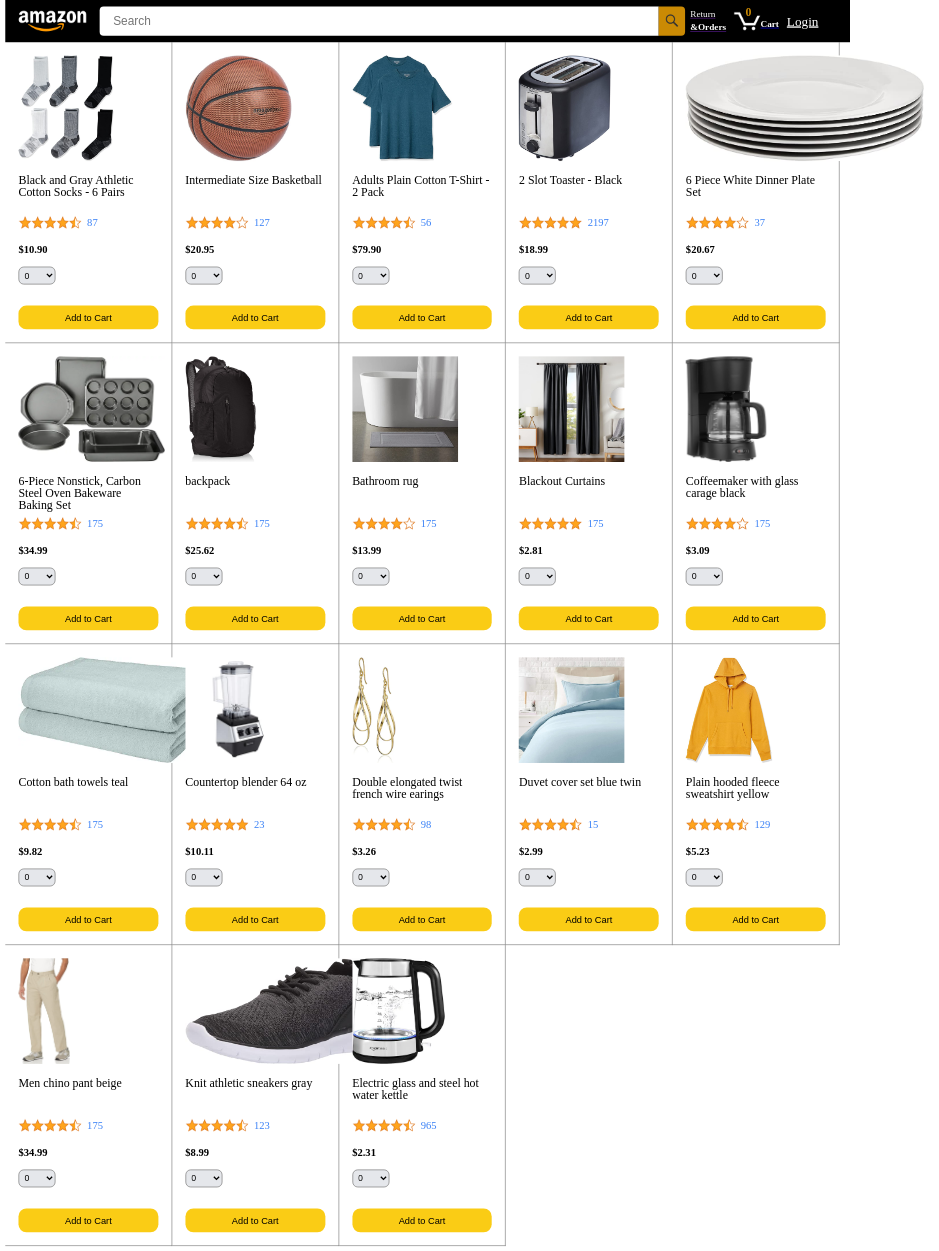
Repository: IssaMuiz/AmazonClone
Page: /
An editor plug-in stored every save of this project. The page is shown before and after the next save, followed by the edit.
The browser window is 1280 px wide. The page is 1400 px wide, then 1423 px, then 1400 px, so the pictures cover 1423 px, including what lies to the right of the window. The pictures show the whole page, at 66% of full size.
The project was rebuilt for these pictures with package versions that can differ from the ones it lists, and the page was loaded fresh each time. Also part of the build but not shown: vite.config.js, src/pages/Cart.jsx, src/pages/Checkout.jsx, src/pages/Login.jsx.

Above is the page before, as saved 2024-08-08 04:55:34.

### index.html
<!doctype html>
<html lang="en">
  <head>
    <meta charset="UTF-8" />
    <link rel="icon" type="image/svg+xml" href="/vite.svg" />
    <meta name="viewport" content="width=device-width, initial-scale=1.0" />
    <title>Amazon Clone</title>
  </head>
  <body>
    <div id="root"></div>
    <script type="module" src="/src/main.jsx"></script>
  </body>
</html>

### src/main.jsx
import ReactDOM from "react-dom/client";
import App from "./App.jsx";
import "./index.css";
import { Provider } from "react-redux";
import { store } from "./Components/state/store.js";
import { getTotal } from "./Components/state/cartSlice.js";

store.dispatch(getTotal());
ReactDOM.createRoot(document.getElementById("root")).render(
  <Provider store={store}>
    <App />
  </Provider>
);

### src/App.jsx
import ProductComponent from "./Components/ProductComponent";
import Checkout from "./pages/Checkout";
import { BrowserRouter as Router, Routes, Route } from "react-router-dom";
import Login from "./pages/Login";

function App() {
  return (
    <Router>
      <Routes>
        <Route path="/" element={<ProductComponent />} />
        <Route path="/Checkout" element={<Checkout />} />
        <Route path="/Login" element={<Login />} />
        <Route
          path="*"
          element={<h1 className="text-center mt-20">PAGE NOT FOUND!</h1>}
        />
      </Routes>
    </Router>
  );
}

export default App;

### src/Components/state/store.js
import { configureStore } from "@reduxjs/toolkit";
import userReducer from "./cartSlice";

export const store = configureStore({
  reducer: {
    user: userReducer,
  },
});

### src/Components/state/cartSlice.js
import { createSlice } from "@reduxjs/toolkit";

const initialState = {
  cartItems: [],
  cartQuantity: 0,
  cartTotalAmount: 0,
};

const userSlice = createSlice({
  name: "cart",
  initialState,
  reducers: {
    addToCart(state, action) {
      state.cartQuantity++;
      state.cartTotalAmount += action.payload.price;
      const itemsIndex = state.cartItems.findIndex(
        (item) => item.id === action.payload.id
      );
      if (itemsIndex >= 0) {
        state.cartItems[itemsIndex].itemQuantity += 1;
      } else {
        const cartProd = { ...action.payload, itemQuantity: 1 };
        state.cartItems.push(cartProd);
      }

      localStorage.setItem("cartItems", JSON.stringify(state.cartItems));
    },
    calculateTotalPrice(state) {
      state.cartTotalAmount = state.cartItems.reduce(
        (total, items) => total + items.price * items.itemQuantity,
        0
      );
    },
    deleteCart(state, action) {
      const itemsIndex = state.cartItems.findIndex(
        (item) => item.id === action.payload
      );
      if (itemsIndex >= 0) {
        state.cartTotalAmount -=
          state.cartItems[itemsIndex].price *
          state.cartItems[itemsIndex].itemQuantity;

        state.cartItems = state.cartItems.filter(
          (item) => item.id !== action.payload
        );
      }
      state.cartQuantity = state.cartItems.length;
    },

    getTotal(state) {
      let { total, quantity } = state.cartItems.reduce(
        (cartTotal, cartItem) => {
          const { price, itemQuantity } = cartItem;
          const itemTotal = price * itemQuantity;

          cartTotal.total += itemTotal;
          cartTotal.quantity += itemQuantity;

          return cartTotal;
        },
        {
          total: 0,
          quantity: 0,
        }
      );

      state.cartTotalAmount = total;
      state.itemQuantity = quantity;
    },
  },
});

export const {
  addToCart,
  increaseCart,
  calculateTotalPrice,
  deleteCart,
  getTotal,
} = userSlice.actions;

export default userSlice.reducer;

### src/Components/ProductComponent.jsx
import products from "../products.json";
import ProductContainer from "./ProductContainer";
import Navbar from "./Navbar";

const ProductComponent = () => {
  return (
    <div>
      <Navbar />
      <div className="grid mobile:grid-cols-2   tablet:grid-cols-3 mobile:w-full desktop:grid-cols-5 mt-16">
        {products.map((product) => (
          <ProductContainer
            key={product.id}
            product={product}
            images={product.images}
            price={product.price}
            id={product.id}
            name={product.name}
          />
        ))}
      </div>
    </div>
  );
};

export default ProductComponent;

### src/products.json
[
  {
    "id": 1,
    "images": "src/assets/images/athletic-cotton-socks-6-pairs.jpg",
    "name": "Black and Gray Athletic Cotton Socks - 6 Pairs",
    "rating": {
      "star": "src/assets/images/rating-45.png",
      "count": 87
    },
    "price": 1090
  },
  {
    "id": 2,
    "images": "src/assets/images/intermediate-composite-basketball.jpg",
    "name": "Intermediate Size Basketball",
    "rating": {
      "star": "src/assets/images/rating-40.png",
      "count": 127
    },
    "price": 2095
  },
  {
    "id": 3,
    "images": "src/assets/images/adults-plain-cotton-tshirt-2-pack-teal.jpg",
    "name": "Adults Plain Cotton T-Shirt - 2 Pack",
    "rating": {
      "star": "src/assets/images/rating-45.png",
      "count": 56
    },
    "price": 7990
  },
  {
    "id": 4,
    "images": "src/assets/images/black-2-slot-toaster (1).jpg",
    "name": "2 Slot Toaster - Black",
    "rating": {
      "star": "src/assets/images/rating-5.png",
      "count": 2197
    },
    "price": 1899
  },
  {
    "id": 5,
    "images": "src/assets/images/6-piece-white-dinner-plate-set.jpg",
    "name": "6 Piece White Dinner Plate Set",
    "rating": {
      "star": "src/assets/images/rating-40.png",
      "count": 37
    },
    "price": 2067
  },
  {
    "id": 6,
    "images": "src/assets/images/6-piece-non-stick-baking-set (1).webp",
    "name": "6-Piece Nonstick, Carbon Steel Oven Bakeware Baking Set",
    "rating": {
      "star": "src/assets/images/rating-45.png",
      "count": 175
    },
    "price": 3499
  },
  {
    "id": 7,
    "images": "src/assets/images/backpack.jpg",
    "name": "backpack",
    "rating": {
      "star": "src/assets/images/rating-45.png",
      "count": 175
    },
    "price": 2562
  },
  {
    "id": 8,
    "images": "src/assets/images/bathroom-rug.jpg",
    "name": "Bathroom rug",
    "rating": {
      "star": "src/assets/images/rating-40.png",
      "count": 175
    },
    "price": 1399
  },
  {
    "id": 9,
    "images": "src/assets/images/blackout-curtains-black.jpg",
    "name": "Blackout Curtains",
    "rating": {
      "star": "src/assets/images/rating-5.png",
      "count": 175
    },
    "price": 281
  },
  {
    "id": 9,
    "images": "src/assets/images/coffeemaker-with-glass-carafe-black.jpg",
    "name": "Coffeemaker with glass carage black",
    "rating": {
      "star": "src/assets/images/rating-40.png",
      "count": 175
    },
    "price": 309
  },
  {
    "id": 10,
    "images": "src/assets/images/cotton-bath-towels-teal.webp",
    "name": "Cotton bath towels teal",
    "rating": {
      "star": "src/assets/images/rating-45.png",
      "count": 175
    },
    "price": 982
  },
  {
    "id": 11,
    "images": "src/assets/images/countertop-blender-64-oz.jpg",
    "name": "Countertop blender 64 oz",
    "rating": {
      "star": "src/assets/images/rating-5.png",
      "count": 23
    },
    "price": 1011
  },
  {
    "id": 12,
    "images": "src/assets/images/double-elongated-twist-french-wire-earrings.webp",
    "name": "Double elongated twist french wire earings",
    "rating": {
      "star": "src/assets/images/rating-45.png",
      "count": 98
    },
    "price": 326
  },
  {
    "id": 13,
    "images": "src/assets/images/duvet-cover-set-blue-twin.jpg",
    "name": "Duvet cover set blue twin",
    "rating": {
      "star": "src/assets/images/rating-45.png",
      "count": 15
    },
    "price": 299
  },
  {
    "id": 14,
    "images": "src/assets/images/plain-hooded-fleece-sweatshirt-yellow.jpg",
    "name": "Plain hooded fleece sweatshirt yellow",
    "rating": {
      "star": "src/assets/images/rating-45.png",
      "count": 129
    },
    "price": 523
  },
  {
    "id": 15,
    "images": "src/assets/images/men-chino-pants-beige.jpg",
    "name": "Men chino pant beige",
    "rating": {
      "star": "src/assets/images/rating-45.png",
      "count": 175
    },
    "price": 3499
  },
  {
    "id": 16,
    "images": "src/assets/images/knit-athletic-sneakers-gray - Copy.jpg",
    "name": "Knit athletic sneakers gray",
    "rating": {
      "star": "src/assets/images/rating-45.png",
      "count": 123
    },
    "price": 899
  },
  {
    "id": 6,
    "images": "src/assets/images/electric-glass-and-steel-hot-water-kettle.webp",
    "name": "Electric glass and steel hot water kettle",
    "rating": {
      "star": "src/assets/images/rating-45.png",
      "count": 965
    },
    "price": 231
  }
]

### src/Components/ProductContainer.jsx
/* eslint-disable react/prop-types */
import { useDispatch } from "react-redux";
import { addToCart } from "./state/cartSlice";

const ProductContainer = ({ product, images, id, name, price }) => {
  const dispatch = useDispatch();

  return (
    <div>
      <div>
        <div
          style={{
            borderRight: "1px solid gray",
            borderBottom: "1px solid gray",
          }}
          className="flex flex-col h-auto p-5 items-start"
        >
          <img className="h-40 w-30 mr-4" src={product.images} alt="" />
          <p className="leading-none h-7 mt-5 mb-5 text-lg">{product.name}</p>
          <div className="flex items-center">
            <img className="h-5 w-24" src={product.rating.star} alt="" />
            <p className="ml-2 text-blue-500 justify-start">
              {product.rating.count}
            </p>
          </div>
          <p className="mt-2 font-bold">${(product.price / 100).toFixed(2)}</p>
          <select
            className=" bg-gray-200 p-1 w-14 rounded-lg mb-7"
            name=""
            id=""
          >
            <option value="">0</option>
            <option value="1">1</option>
            <option value="2">2</option>
            <option value="3">3</option>
            <option value="4">4</option>
            <option value="5">5</option>
            <option value="6">6</option>
            <option value="7">7</option>
            <option value="8">8</option>
            <option value="9">9</option>
            <option value="10">10</option>
          </select>
          <div className={` ${product.form ? "block" : "hidden"}`}>
            <p>Color</p>
            <div>
              <button className="px-2 border-2 rounded-lg border-yellow-500">
                Yellow
              </button>
              <button className="px-2 ml-2 border rounded-lg border-grey-500">
                Teal
              </button>
            </div>
            <p className="mt-1">Size</p>
            <div>
              <button className="px-2 border-2 rounded-lg border-yellow-500">
                S
              </button>
              <button className="px-2 ml-2 border rounded-lg border-grey-500">
                M
              </button>
              <button className="px-2 ml-2 border rounded-lg border-grey-500">
                L
              </button>
            </div>
          </div>

          <button
            onClick={() => dispatch(addToCart({ images, id, price, name }))}
            className="bg-yellow-400 border-none w-full rounded-xl p-2 text-sm mt-1 cursor-pointer hover:bg-yellow-500"
          >
            Add to Cart
          </button>
        </div>
      </div>
    </div>
  );
};

export default ProductContainer;

### src/Components/Navbar.jsx
import LeftNav from "./LeftNav";
import MiddleNav from "./MiddleNav";
import RightNav from "./RightNav";

const Navbar = () => {
  return (
    <div>
      <div className="fixed top-0 flex  bg-black w-full h-16 text-white items-center whitespace-nowrap">
        <LeftNav />
        <MiddleNav />
        <RightNav />
      </div>
    </div>
  );
};

export default Navbar;

### src/config/firebase.js
// Import the functions you need from the SDKs you need
import { initializeApp } from "firebase/app";
import { getAuth, GoogleAuthProvider } from "firebase/auth";
// TODO: Add SDKs for Firebase products that you want to use
// https://firebase.google.com/docs/web/setup#available-libraries

// Your web app's Firebase configuration
const firebaseConfig = {
  apiKey: "AIzaSyDn8g0iOfpcR7ad0ZYiyC27ykjBEUySZVs",
  authDomain: "clone-e2e03.firebaseapp.com",
  projectId: "clone-e2e03",
  storageBucket: "clone-e2e03.appspot.com",
  messagingSenderId: "598280271072",
  appId: "1:598280271072:web:1506fc410052808405cc85",
};

// Initialize Firebase
const app = initializeApp(firebaseConfig);

export const auth = getAuth(app);
export const provider = new GoogleAuthProvider();

### src/Components/LeftNav.jsx
const leftNav = () => {
  return (
    <div>
      <img
        className="h-8 ml-5 mobile:hidden tablet:block"
        src="src/assets/images/amazon-logo-white.png"
        alt=""
      />
      <img
        className="h-9 tablet:hidden mobile:block mobile:ml-7 "
        src="src/assets/images/amazon-mobile-logo-white.png"
        alt=""
      />
    </div>
  );
};

export default leftNav;

### src/Components/MiddleNav.jsx
import { useState } from "react";

const MiddleNav = () => {
  const [value, setValue] = useState("");
  return (
    <div className="flex grow ml-5">
      <input
        className=" grow h-1 text-black rounded-md mobile:w-40 tablet:w-40 rounded-br-none rounded-tr-none p-5 border-none text-lg"
        type="text"
        placeholder="Search"
        value={value}
        onChange={(e) => setValue(e.target.value)}
        name=""
        id=""
      />
      <button className="ml-0 left-full bg-yellow-600 rounded-md rounded-bl-none rounded-tl-none p-2.5 border-none">
        <img className="w-5" src="src/assets/images/search-icon.png" alt="" />
      </button>
    </div>
  );
};

export default MiddleNav;

### src/Components/RightNav.jsx
import { auth } from "../config/firebase";
import { Link } from "react-router-dom";
import { useAuthState } from "react-firebase-hooks/auth";
import { signOut } from "firebase/auth";
import { useSelector } from "react-redux";

const RightNav = () => {
  const cartIncrement = useSelector((state) => state.user.cartQuantity);
  const [user] = useAuthState(auth);

  const signUserOut = async () => {
    await signOut(auth);
  };
  return (
    <div>
      <div className="flex tablet:flex ml-2 justify-end text-sm tablet:w-54 tablet:mr-2 mobile:hidden">
        <a className="text-sm" href="">
          <p className=" text-white whitespace-nowrap ">
            Return <br /> <strong className="">&Orders</strong>
          </p>
        </a>
        <Link
          to="/Checkout"
          className="relative flex items-center hover:border"
          href="/src/Components/Checkout.jsx"
        >
          <img
            className="w-10 h-7 ml-3"
            src="src/assets/images/cart-icon.png"
            alt=""
          />
          <p className="absolute text-lg text-center right-9 bottom-4 w-5  text-yellow-600 font-bold">
            {cartIncrement}
          </p>
          <p className="mt-6  font-bold text-white">Cart</p>
        </Link>
        <div className="flex items-center ml-3">
          {user ? (
            <div className="flex items-center gap-3">
              <p>{user.displayName}</p>
              <img
                className="h-10 w-10 rounded-3xl"
                src={user.photoURL}
                alt=""
              />
              <button onClick={signUserOut}>Log Out</button>
            </div>
          ) : (
            <Link to="/Login" className="mr-10 text-white text-xl">
              Login
            </Link>
          )}
        </div>
      </div>
      <img
        className="h-4 tablet:hidden mobile:block ml-5 mr-6"
        src="src/assets/images/hamburger-menu (1).png"
        alt=""
      />
    </div>
  );
};

export default RightNav;

### tailwind.config.js
/** @type {import('tailwindcss').Config}  */

export default {
  content: ["./index.html", "./src/**/*.{js,ts,jsx,tsx}"],
  theme: {
    screens: {
      mobile: "370px",
      tablet: "580px",
      desktop: "750px",
    },

    extend: {
      fontFamily: {
        sans: ["Roboto", "sans-serif"],
      },
    },
  },
  plugins: [],
  corePlugins: {
    preflight: false,
  },
};

Loaded but not shown: src/index.css (common file)

After the next save:
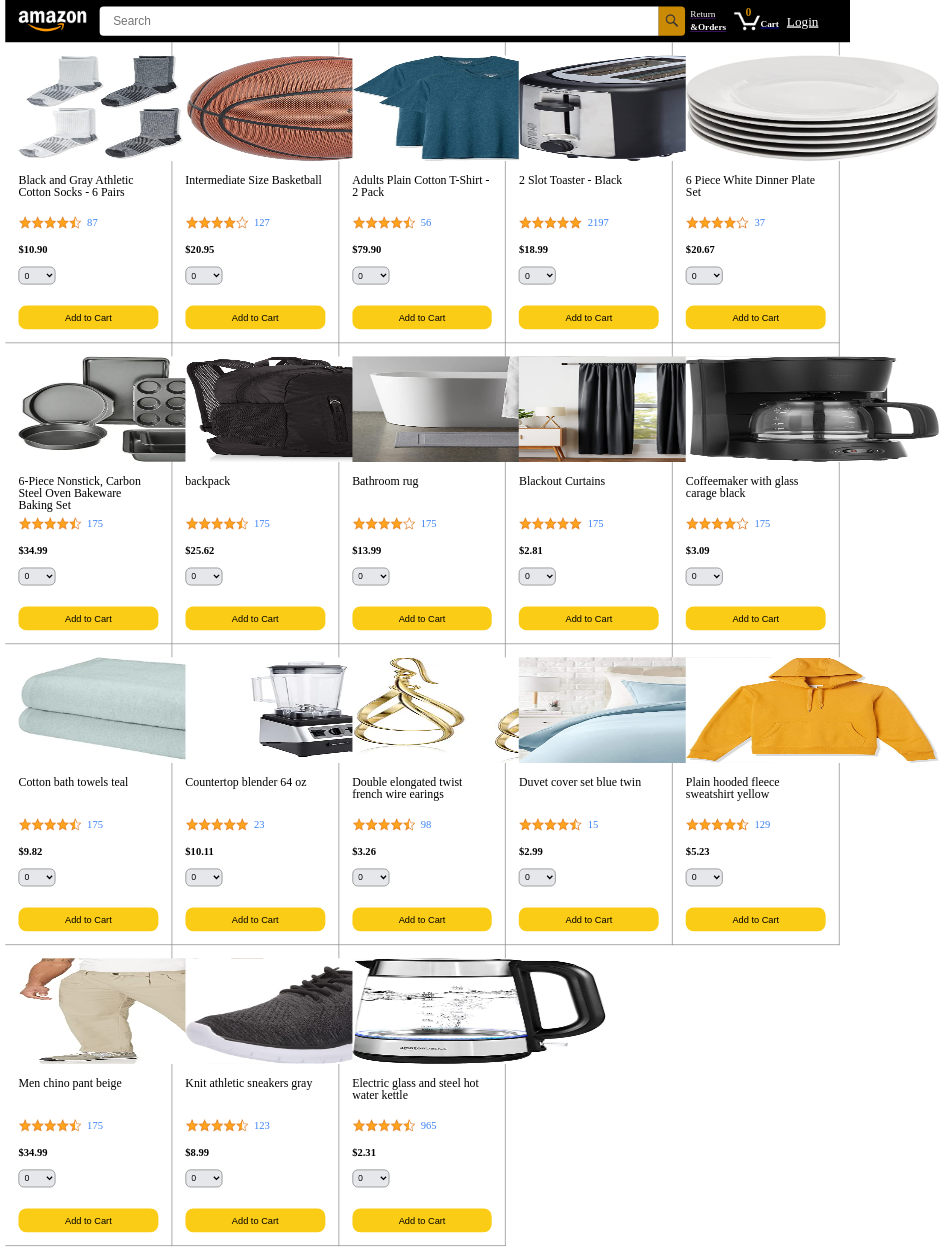
Saved 44 s later.
--- a/src/Components/ProductContainer.jsx
+++ b/src/Components/ProductContainer.jsx
@@ -15,7 +15,7 @@
           }}
           className="flex flex-col h-auto p-5 items-start"
         >
-          <img className="h-40 w-30 mr-4" src={product.images} alt="" />
+          <img className="h-40 w-96 mr-4" src={product.images} alt="" />
           <p className="leading-none h-7 mt-5 mb-5 text-lg">{product.name}</p>
           <div className="flex items-center">
             <img className="h-5 w-24" src={product.rating.star} alt="" />

After the save that followed:
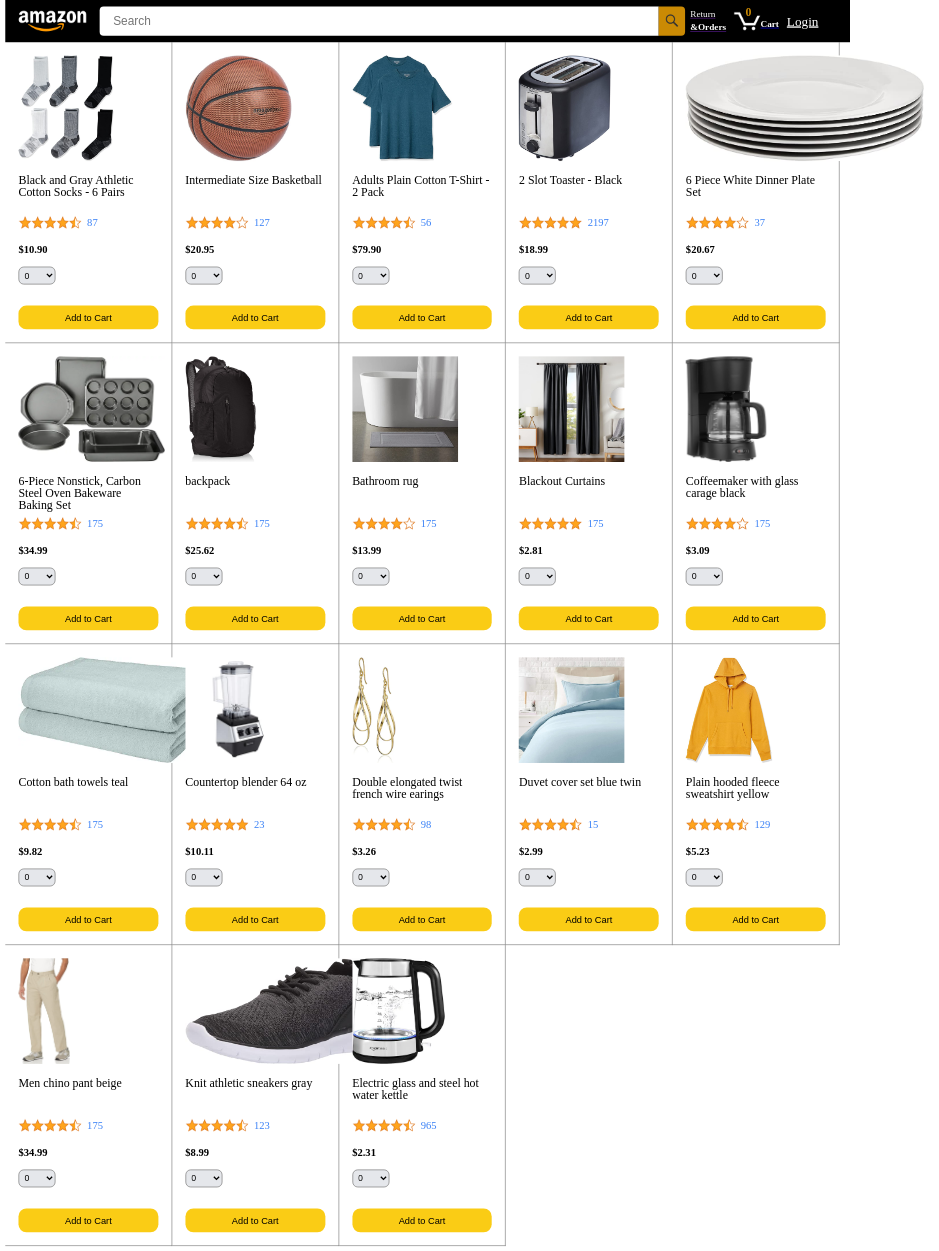
Saved 21 s later.
--- a/src/Components/ProductContainer.jsx
+++ b/src/Components/ProductContainer.jsx
@@ -15,7 +15,7 @@
           }}
           className="flex flex-col h-auto p-5 items-start"
         >
-          <img className="h-40 w-96 mr-4" src={product.images} alt="" />
+          <img className="h-40 w-auto mr-4" src={product.images} alt="" />
           <p className="leading-none h-7 mt-5 mb-5 text-lg">{product.name}</p>
           <div className="flex items-center">
             <img className="h-5 w-24" src={product.rating.star} alt="" />
